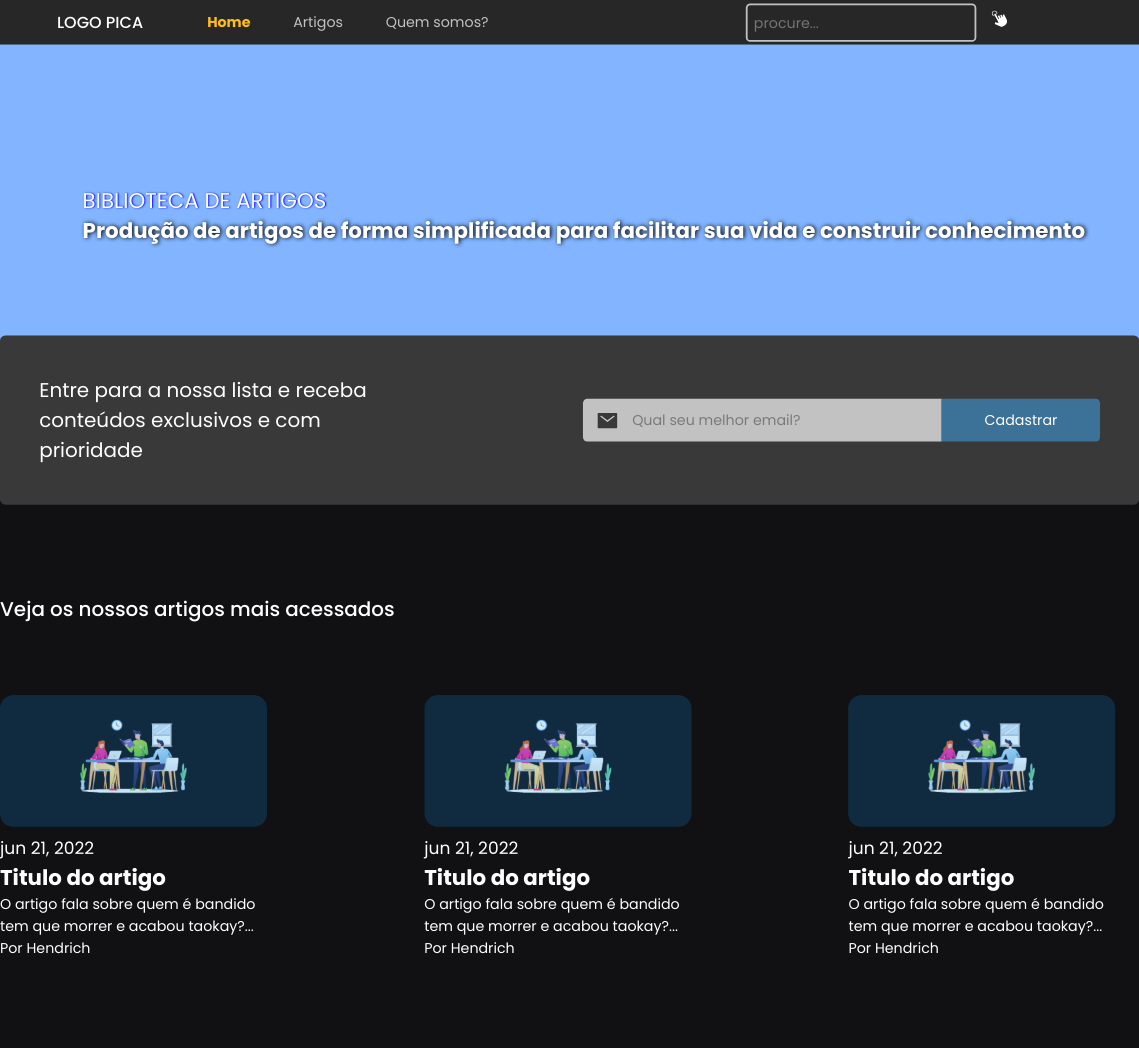
Repository: ArthurHendrich/Inepto
Page: /
The author's editor kept a copy of each file at every save. The page is drawn from the files as they stood at one save, then again after a run of saves.
The browser window is 1280 px wide. The pictures show the whole page, at 89% of full size.
The project was rebuilt for these pictures with package versions that can differ from the ones it lists, and the page was loaded fresh each time. The framework's server and built-in components were replaced by stand-ins that run in the browser. Also part of the build but not shown: next.config.js.

Above is the page before, as saved 2022-07-06 21:20:20.

### src/pages/_app.tsx
import { AppProps } from "next/app";
import { Header } from "../components/header";

import '../styles/global.scss';

function MyApp({ Component, pageProps }: AppProps) {
  return (
    <>
    <Header />
    <Component {...pageProps} />
    </>
  );
}

export default MyApp;

### src/pages/_document.tsx
import Document, { Html, Head, Main, NextScript } from "next/document";

export default class MyDocument extends Document {
  render() {
    return (
      <Html>
        <Head>
          <link rel="preconnect" href="https://fonts.googleapis.com" />
          <link
            href="https://fonts.googleapis.com/css2?family=Poppins:wght@400;500;700;900&display=swap"
            rel="stylesheet"
          />
          <link rel="shortcut icon" href="favicon.png" type="image/png" />
        </Head>
        <body>
          <Main />
          <NextScript />
        </body>
      </Html>
    );
  }
}

### src/pages/index.tsx
import Head from "next/head";

import styles from "../styles/home.module.scss";

import { IoMailSharp } from 'react-icons/io5';

export default function Home() {
  return (
    <>
      <Head>
        <title>Direito Inepto</title>
      </Head>

      <main>
        <section className={styles.headerContainer}>
          <div className={styles.headerText}>
            <h1>BIBLIOTECA DE ARTIGOS</h1>
            <h2>
              Produção de artigos de forma simplificada para facilitar sua vida
              e construir conhecimento
            </h2>
          </div>
        </section>

        <section className={styles.inputContainer}>
          <h2>
            Entre para a nossa lista e receba conteúdos exclusivos e com
            prioridade
          </h2>
          <div className={styles.inputContent}>
            <div className={styles.ContentFake}>
              <IoMailSharp className={styles.mail}/>
              <input type="text" placeholder="Qual seu melhor email?" />
            </div>
              <button>Cadastrar</button>
          </div>
        </section>

        <section className={styles.acessContainer}>
          <div className={styles.acessTitle}>
            Veja os nossos artigos mais acessados
          </div>
          <div className={styles.acessContent}>
            <div className={styles.contentItem}>
              <img src="images/imagemteste.png" alt="teste" />
              <time>jun 21, 2022</time>
              <h2>Titulo do artigo</h2>
              <p>O artigo fala sobre quem é bandido tem que morrer e acabou taokay?...</p>
              <span>Por Hendrich</span>
            </div>
            <div className={styles.contentItem}>
              <img src="images/imagemteste.png" alt="teste" />
              <time>jun 21, 2022</time>
              <h2>Titulo do artigo</h2>
              <p>O artigo fala sobre quem é bandido tem que morrer e acabou taokay?...</p>
              <span>Por Hendrich</span>
            </div>
            <div className={styles.contentItem}>
              <img src="images/imagemteste.png" alt="teste" />
              <time>jun 21, 2022</time>
              <h2>Titulo do artigo</h2>
              <p>O artigo fala sobre quem é bandido tem que morrer e acabou taokay?...</p>
              <span>Por Hendrich</span>
            </div>
          </div>
        </section>
      </main>
    </>
  );
}

### src/components/header/index.tsx
import styles from "./styles.module.scss";
import { GiClick } from "react-icons/gi";
import { ActiveLink } from "../ActiveLink";
import { useState } from "react";



export function Header() {
  const [inputText, setInputText] = useState('');



  return (
    <header className={styles.headerContainer}>
      <div className={styles.headerContent}>
        <div className={styles.headerItens}>
          <div className={styles.headerLogo}>
            <ActiveLink href="/" activeClassName={styles.active}>
              <a>LOGO PICA</a>
            </ActiveLink>
          </div>

          <nav>
            <ActiveLink href="/" activeClassName={styles.active}>
              <a>Home</a>
            </ActiveLink>

            <ActiveLink href="/posts" activeClassName={styles.active}>
              <a>Artigos</a>
            </ActiveLink>

            <ActiveLink href="/sobre" activeClassName={styles.active}>
              <a>Quem somos?</a>
            </ActiveLink>
          </nav>
        </div>

        <div className={styles.headerSearch}>
          <input
            type="text"
            value={inputText}
            placeholder="procure..."
            onChange={(e) => setInputText(e.target.value)}
          />
          <GiClick className={styles.headerSearchIcon}/>
        </div>
      </div>
    </header>
  );
}

### src/styles/global.scss
* {
  margin: 0;
  padding: 0;
  box-sizing: border-box;
}

:root {
  --white: #FFF;

  --gray-100: #C2C2C2;
  --gray-200: #CCCCCC;
  --gray-300: #7a7a7a;
  --gray-400: #3A3939;
  --gray-500: #272727;
  --gray-900: #111113;

  --blue-200: #3C7198;
  --blue-500: #82B4FF;
  --blue-900: #95D2FF;

  --purple-header: #2F1C6A;
  --purple-content: #492E9E;

  --yellow-500: #FFBE16;
}

@media (max-width: 1080px) {
  html {
    font-size: 93.75%;
  }
}

@media (max-width: 720px) {
  html {
    font-size: 87.5%;
  }
}

body{
  background: var(--gray-900);
  color: var(--white);
}

body, input, textarea, select, button {
  font: 400 1rem 'Poppins', sans-serif;
}

button {
  cursor: pointer;
}

a {
  color: inherit;
  text-decoration: none;
}

### src/styles/home.module.scss
.headerContainer {
  min-height: calc(60vh - 3.125rem);
  margin: 0 auto;
  display: flex;
  justify-content: center;
  align-items: center;
  padding: 0 2rem;
  background: var(--blue-500);

  .headerText {
    padding-left: 2rem;

    font-size: rem;

    h1 {
      font-weight: 50;
      cursor: pointer;
      text-shadow: 1px 0px 2px blue;
    }

    h2{
      font-weight: 700;
      line-height: 2rem;
      text-shadow: 1.5px 0px 5px black;
      cursor: pointer;
    }
  }

  img {
    width: 75%
  }
}

.inputContainer {
  max-width: 1475px;
  margin: 0 auto;
  margin-top: -55px;
  margin-bottom: 100px;
  padding: 2.75rem;
  display: flex;
  align-items: center;
  border-radius: 6px;
  background: var(--gray-400);

  h2 {
    font-size: 1.4rem;
    font-weight: 100;
  }

  .inputContent {
    padding-left: 15rem;
    display: flex;
    align-items: center;

    .ContentFake {
      display: flex;
      align-items: center;
      background: var(--gray-100);
      border-top-left-radius: 5px;
      border-bottom-left-radius: 5px;
      height: 3rem;

      input {
        margin-right: 2rem;
        border: none;
        background-color: transparent;
        color: var(--white);
        outline: none;
      }

      .mail{
        height: 25px;
        width: 25px;
        margin-right: 15px;
        margin-left: 15px;
        color: var(--gray-400);
      }
    }

    button {
      text-align: center;
      height: 3rem;
      background-color: var(--blue-200);
      border: 0;
      padding-left: 3rem;
      padding-right: 3rem;
      border-top-right-radius: 5px;
      border-bottom-right-radius: 5px;
      color: var(--white);

      transition: filter ease 0.2s;

      &:hover {
        filter: brightness(1.2);
      }
    }
  }


  *::placeholder {
    color: var(--gray-300);
  }
}


.acessContainer {
  max-width: 1700px;
  margin: 0 auto;

  .acessTitle {
    font-size: 1.4rem;
    font-weight: 500;
    margin-bottom: 80px;
  }

  .acessContent {
    max-width: 1500px;
    margin: 0 auto;


    display: grid;
    grid-template-columns: repeat(3, 1fr);
    gap: 150px;

    .contentItem {
      display: flex;
      flex-direction: column;
      max-width: 300px;

      img {
        width: 100%;
        height: 100%;
        object-fit: cover;
      }

      time {
        font-size: 1.2rem;
        font-weight: 100;
        margin-top: 10px;
      }
    }
  }

  margin-bottom: 100px;
}

### src/components/header/styles.module.scss
.headerContainer {
  height: 3.125rem;
  background: var(--gray-500);
  color: var(--white);

}


.headerContent {
  height: 3.125rem;
  margin: 0 auto;
  display: flex;
  padding: 0 4rem;
  align-items: center;
  justify-content: space-between;

  .headerItens {
    display: flex;
    align-items: center;
    justify-content: space-between;

    .headerLogo {
      margin-right: 4rem;
      font-size: 1.125rem;
      font-weight: 500;
    }

    nav {
      height: 6rem;

      a {
        display: inline-block;
        position: relative;
        padding: 0 0.5rem;
        height: 6rem;
        line-height: 6rem;
        color: var(--gray-100);
        transition: color 0.2s;

        & + a {
          margin-left: 2rem;
        }

        &:hover {
          color: var(--white);
        }

        &.active{
          color: var(--yellow-500);
          font-weight: bold;
        }
      }
    }
  }

  .headerSearch {
    padding: 0 0.5rem;

    input {
      margin-right: 1rem;
      border: 2px solid var(--gray-100);
      border-radius: 5px;
      background: transparent;
      width: 70%;
      padding: 0.4375rem 0.4375rem;
      color: var(--gray-300);
    }

    .headerSearchIcon {
      height: 20px;
      width: 20px;
      cursor: pointer;

      transition: all 0.2s;

      &:hover {
        color: var(--yellow-500);
        filter: brightness(0.9);
      }
    }
  }
}

### src/components/ActiveLink/index.tsx
import Link, { LinkProps } from "next/link";
import { useRouter } from "next/router";
import { cloneElement, ReactElement } from "react";

interface ActiveLinkProps extends LinkProps {
  children: ReactElement;
  activeClassName: string;
}

export function ActiveLink ({ children, activeClassName, ...rest }: ActiveLinkProps) {
  const { asPath } = useRouter();

  const className = asPath === rest.href ? activeClassName : '';


  return (
    <Link {...rest}>
      {cloneElement(children, { className })}
    </Link>
  )
}

After the next 3 saves:
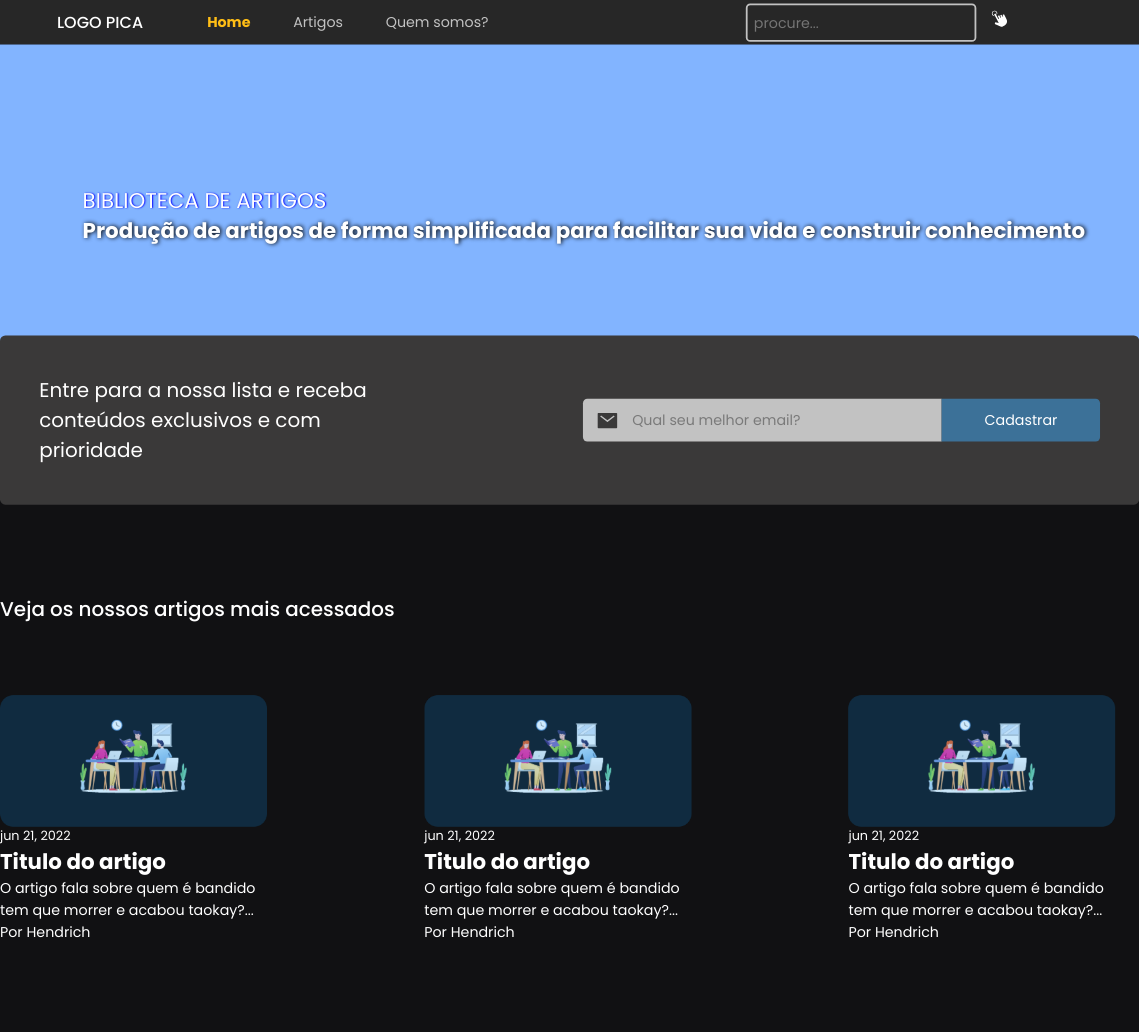
The 3 saves are shown as one change because they came seconds apart.
The last was saved 15 s later.
--- a/src/styles/home.module.scss
+++ b/src/styles/home.module.scss
@@ -134,9 +134,7 @@
       }
 
       time {
-        font-size: 1.2rem;
-        font-weight: 100;
-        margin-top: 10px;
+        font-size: 0.9rem;
       }
     }
   }
